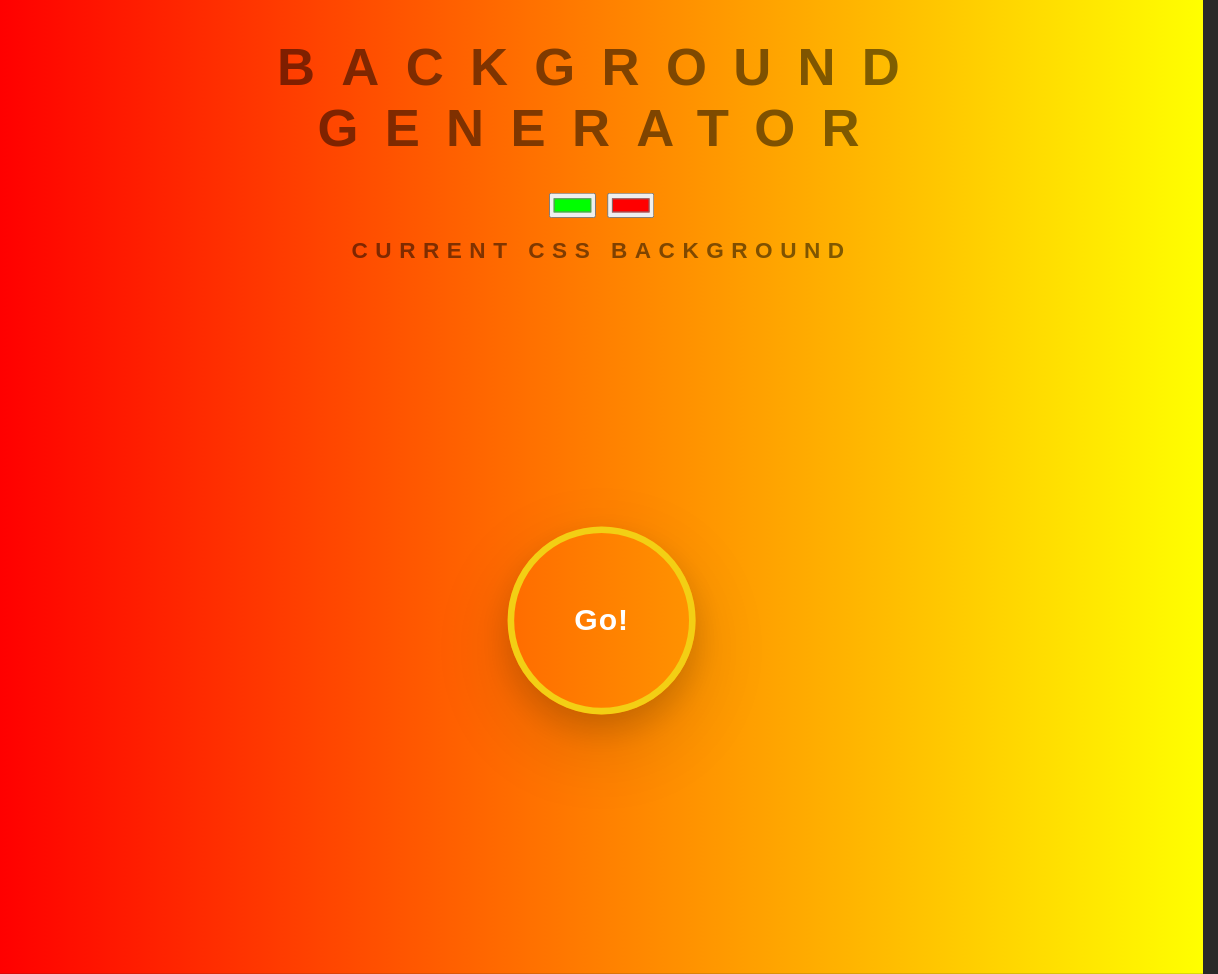
Repository: blgest/background-generator
Page: index.html
These files come from the project's save history. The page is drawn as it stood at one moment and after the next save; the edit follows.
The browser window is 1280 px wide. The page is 1280 px wide, then 1296 px, so the pictures cover 1296 px, including what lies to the right of the window. The pictures show the whole page, at 94% of full size.

Above is the page before, as saved 2020-02-09 10:33:05.
Console error: TypeError: Cannot read properties of null (reading 'style')

### index.html
<!DOCTYPE html>
<html>
<head>
	<title>Gradient Background</title>
	<link rel="stylesheet" type="text/css" href="style.css">
</head>
<body id="gradient random">
	<h1>Background Generator</h1>
	<input class="color1" type="color" name="color1" value="#00ff00">
	<input class="color2" type="color" name="color2" value="#ff0000">
	<h2>Current CSS Background</h2>
	<h3></h3>
	<!-- <h3><button id="random">Random</button></h3> -->
	<h3 id="random">
		<div id="wrapper">
			<a href="#" class="my-super-cool-btn">
			  <div class="dots-container">
				<div class="dot"></div>
				<div class="dot"></div>
				<div class="dot"></div>
				<div class="dot"></div>
			  </div>
			  <span>Go!</span>
			</a>
		  </div>
	</h3>
	<script type="text/javascript" src="script.js"></script>
</body>
</html>

### style.css
body {
  font: "Raleway", sans-serif;
  color: rgba(0, 0, 0, 0.5);
  text-align: center;
  text-transform: uppercase;
  letter-spacing: 0.5em;
  top: 15%;
  background: linear-gradient(to right, red, yellow); /* Standard syntax */
}

h1 {
  font: 600 3.5em "Raleway", sans-serif;
  color: rgba(0, 0, 0, 0.5);
  text-align: center;
  text-transform: uppercase;
  letter-spacing: 0.5em;
  width: 100%;
}

h3 {
  font: 900 1em "Raleway", sans-serif;
  color: rgba(0, 0, 0, 0.5);
  text-align: center;
  text-transform: none;
  letter-spacing: 0.01em;
}

@import url("https://fonts.googleapis.com/css?family=Montserrat:900");

body {
  margin: 0;
  padding: 0;
  background-color: #292929;
  font-family: "Montserrat", sans-serif;
}
#wrapper {
  width: 100vw;
  height: 100vh;
  box-sizing: border-box;
  display: flex;
  align-items: center;
  justify-content: center;
}
.my-super-cool-btn {
  position: relative;
  text-decoration: none;
  color: #fff;
  letter-spacing: 1px;
  font-size: 2rem;
  box-sizing: border-box;
}
.my-super-cool-btn span {
  position: relative;
  box-sizing: border-box;
  display: flex;
  align-items: center;
  justify-content: center;
  width: 200px;
  height: 200px;
}
.my-super-cool-btn span:before {
  content: "";
  width: 100%;
  height: 100%;
  display: block;
  position: absolute;
  border-radius: 100%;
  border: 7px solid #f3cf14;
  box-sizing: border-box;
  transition: all 0.85s cubic-bezier(0.25, 1, 0.33, 1);
  box-shadow: 0 30px 85px rgba(0, 0, 0, 0.14), 0 15px 35px rgba(0, 0, 0, 0.14);
}
.my-super-cool-btn:hover span:before {
  transform: scale(0.8);
  box-shadow: 0 20px 55px rgba(0, 0, 0, 0.14), 0 15px 35px rgba(0, 0, 0, 0.14);
}
.my-super-cool-btn .dots-container {
  opacity: 0;
  animation: intro 1.6s;
  animation-fill-mode: forwards;
}
.my-super-cool-btn .dot {
  width: 8px;
  height: 8px;
  display: block;
  background-color: #f3cf14;
  border-radius: 100%;
  position: absolute;
  transition: all 0.85s cubic-bezier(0.25, 1, 0.33, 1);
}
.my-super-cool-btn .dot:nth-child(1) {
  top: 50px;
  left: 50px;
  transform: rotate(-140deg);
  animation: swag1-out 0.3s;
  animation-fill-mode: forwards;
  opacity: 0;
}
.my-super-cool-btn .dot:nth-child(2) {
  top: 50px;
  right: 50px;
  transform: rotate(140deg);
  animation: swag2-out 0.3s;
  animation-fill-mode: forwards;
  opacity: 0;
}
.my-super-cool-btn .dot:nth-child(3) {
  bottom: 50px;
  left: 50px;
  transform: rotate(140deg);
  animation: swag3-out 0.3s;
  animation-fill-mode: forwards;
  opacity: 0;
}
.my-super-cool-btn .dot:nth-child(4) {
  bottom: 50px;
  right: 50px;
  transform: rotate(-140deg);
  animation: swag4-out 0.3s;
  animation-fill-mode: forwards;
  opacity: 0;
}
.my-super-cool-btn:hover .dot:nth-child(1) {
  animation: swag1 0.3s;
  animation-fill-mode: forwards;
}
.my-super-cool-btn:hover .dot:nth-child(2) {
  animation: swag2 0.3s;
  animation-fill-mode: forwards;
}
.my-super-cool-btn:hover .dot:nth-child(3) {
  animation: swag3 0.3s;
  animation-fill-mode: forwards;
}
.my-super-cool-btn:hover .dot:nth-child(4) {
  animation: swag4 0.3s;
  animation-fill-mode: forwards;
}
@keyframes intro {
  0% {
    opacity: 0;
  }
  100% {
    opacity: 1;
  }
}
@keyframes swag1 {
  0% {
    top: 50px;
    left: 50px;
    width: 8px;
  }
  50% {
    width: 30px;
    opacity: 1;
  }
  100% {
    top: 20px;
    left: 20px;
    width: 8px;
    opacity: 1;
  }
}
@keyframes swag1-out {
  0% {
    top: 20px;
    left: 20px;
    width: 8px;
  }
  50% {
    width: 30px;
    opacity: 1;
  }
  100% {
    top: 50px;
    left: 50px;
    width: 8px;
    opacity: 0;
  }
}
@keyframes swag2 {
  0% {
    top: 50px;
    right: 50px;
    width: 8px;
  }
  50% {
    width: 30px;
    opacity: 1;
  }
  100% {
    top: 20px;
    right: 20px;
    width: 8px;
    opacity: 1;
  }
}
@keyframes swag2-out {
  0% {
    top: 20px;
    right: 20px;
    width: 8px;
  }
  50% {
    width: 30px;
    opacity: 1;
  }
  100% {
    top: 50px;
    right: 50px;
    width: 8px;
    opacity: 0;
  }
}
@keyframes swag3 {
  0% {
    bottom: 50px;
    left: 50px;
    width: 8px;
  }
  50% {
    width: 30px;
    opacity: 1;
  }
  100% {
    bottom: 20px;
    left: 20px;
    width: 8px;
    opacity: 1;
  }
}
@keyframes swag3-out {
  0% {
    bottom: 20px;
    left: 20px;
    width: 8px;
  }
  50% {
    width: 30px;
    opacity: 1;
  }
  100% {
    bottom: 50px;
    left: 50px;
    width: 8px;
    opacity: 0;
  }
}
@keyframes swag4 {
  0% {
    bottom: 50px;
    right: 50px;
    width: 8px;
  }
  50% {
    width: 30px;
    opacity: 1;
  }
  100% {
    bottom: 20px;
    right: 20px;
    width: 8px;
    opacity: 1;
  }
}
@keyframes swag4-out {
  0% {
    bottom: 20px;
    right: 20px;
    width: 8px;
  }
  50% {
    width: 30px;
    opacity: 1;
  }
  100% {
    bottom: 50px;
    right: 50px;
    width: 8px;
    opacity: 0;
  }
}

### script.js
var css = document.querySelector("h3");
var color1 = document.querySelector(".color1");
var color2 = document.querySelector(".color2");
var body = document.getElementById("gradient");
var randdom = document.getElementById("random");

function generateRandomBackground(){
	color1.value = generateColor();
	color2.value = generateColor();
	setGradient();
}

function generateColor() {
	return "#"+Math.floor(Math.random()*16777215).toString(16);
}

function setGradient() {
	body.style.background =
		"linear-gradient(to right, "
		+ color1.value
		+ ", "
		+ color2.value
		+ ")";
	css.textContent = body.style.background + ";";
}

setGradient();

color1.addEventListener("input", setGradient);

color2.addEventListener("input", setGradient);

randdom.addEventListener("click", generateRandomBackground);

After the next save:
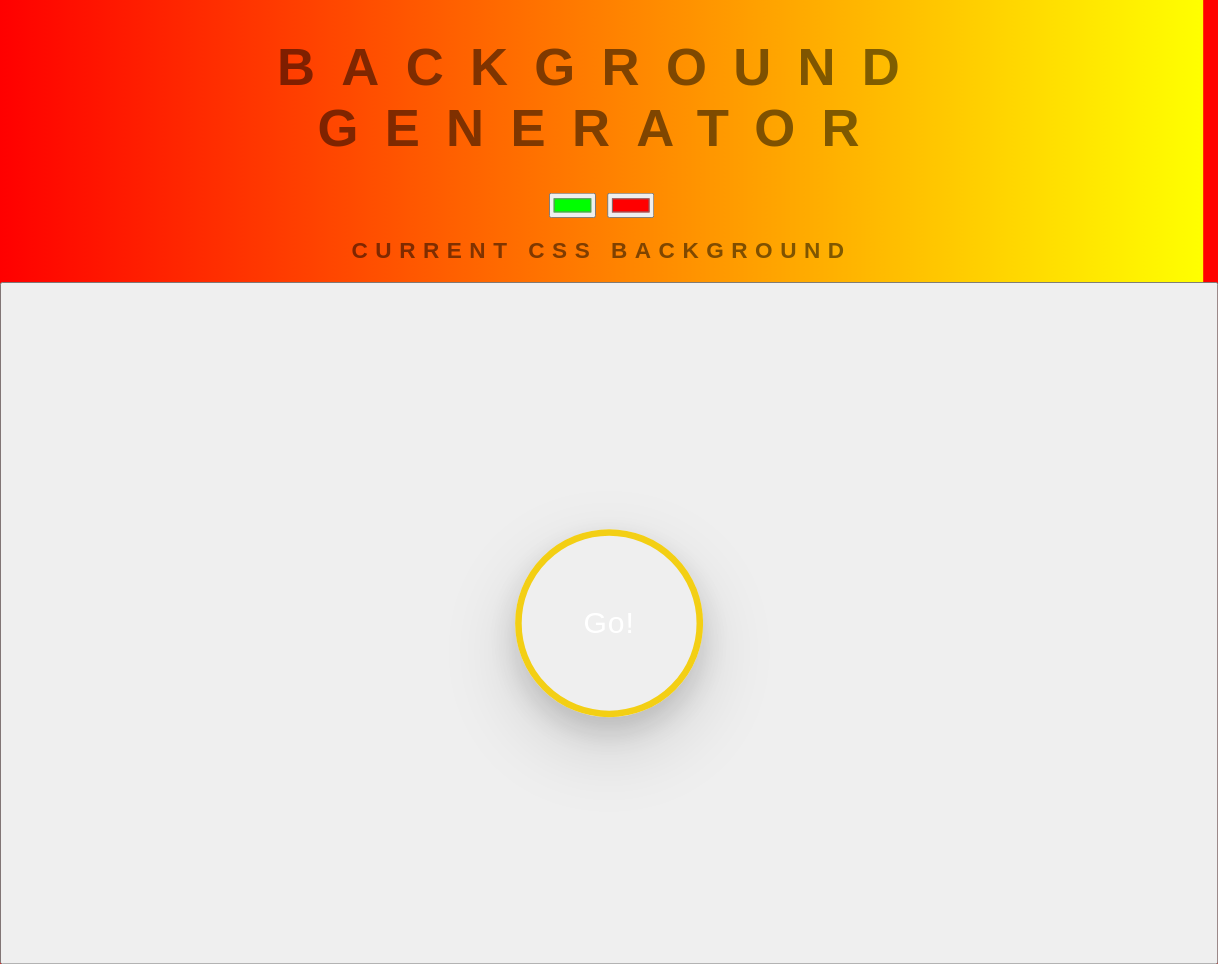
Saved 57 s later.
--- a/index.html
+++ b/index.html
@@ -1,9 +1,11 @@
 <!DOCTYPE html>
 <html>
+
 <head>
 	<title>Gradient Background</title>
 	<link rel="stylesheet" type="text/css" href="style.css">
 </head>
+
 <body id="gradient random">
 	<h1>Background Generator</h1>
 	<input class="color1" type="color" name="color1" value="#00ff00">
@@ -11,19 +13,21 @@
 	<h2>Current CSS Background</h2>
 	<h3></h3>
 	<!-- <h3><button id="random">Random</button></h3> -->
-	<h3 id="random">
+
+	<button id="random">
 		<div id="wrapper">
 			<a href="#" class="my-super-cool-btn">
-			  <div class="dots-container">
-				<div class="dot"></div>
-				<div class="dot"></div>
-				<div class="dot"></div>
-				<div class="dot"></div>
-			  </div>
-			  <span>Go!</span>
+				<div class="dots-container">
+					<div class="dot"></div>
+					<div class="dot"></div>
+					<div class="dot"></div>
+					<div class="dot"></div>
+				</div>
+				<span>Go!</span>
 			</a>
-		  </div>
-	</h3>
+		</div>
+	</button>
 	<script type="text/javascript" src="script.js"></script>
 </body>
+
 </html>
